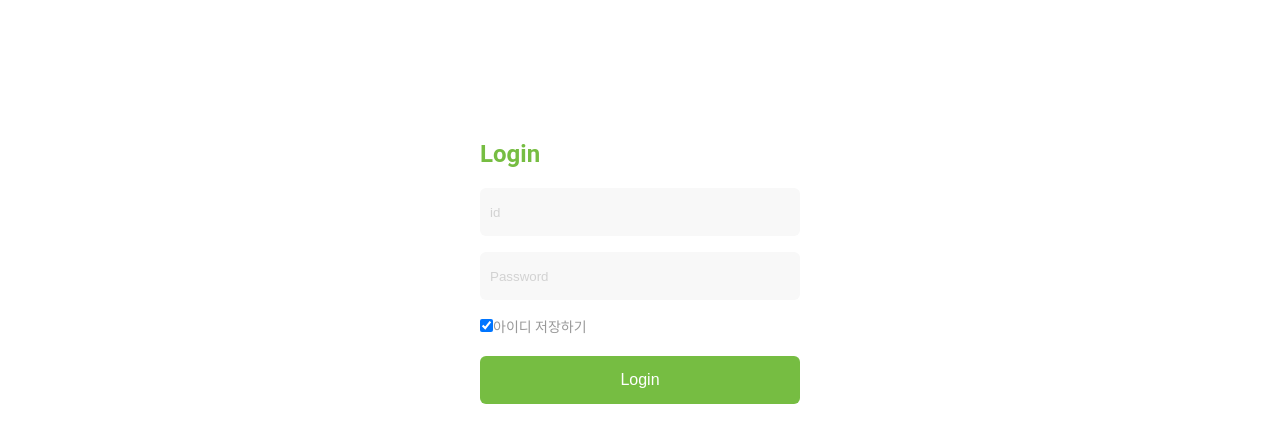
Repository: misosiruda/portfolio
Page: http://localhost/mallwithjsp/login/loginform.jsp
The author's editor kept a copy of each file at every save. The page is drawn from the files as they stood at one save, then again after the next save.
The browser window is 1280 px wide. The pictures show the whole page.
Some web libraries are served in a nearby version. The page is served by Tomcat 9. Other server files are loaded and not shown.

Above is the page before, as saved 2024-03-25 06:05:37.

### mallwithjsp/src/main/webapp/login/loginform.jsp
<%@ page language="java" contentType="text/html; charset=UTF-8"
	pageEncoding="UTF-8"%>
<%@ taglib prefix="c" uri="http://java.sun.com/jsp/jstl/core"%>
<!DOCTYPE html>
<html>

<head>
<meta charset="UTF-8">
<title>로그인 창</title>
<style>
* {
	padding: 0;
	margin: 0;
	border: none;
}

body {
	font-size: 14px;
	font-family: 'Roboto', sans-serif;
}

.login-wrapper {
	margin: 100px auto;
	width: 400px;
	height: 350px;
	padding: 40px;
	box-sizing: border-box;
}

.login-wrapper>h2 {
	font-size: 24px;
	color: #76bd42;
	margin-bottom: 20px;
}

#login-form>input {
	width: 100%;
	height: 48px;
	padding: 0 10px;
	box-sizing: border-box;
	margin-bottom: 16px;
	border-radius: 6px;
	background-color: #F8F8F8;
}

#login-form>input::placeholder {
	color: #D2D2D2;
}

#login-form>input[type="submit"] {
	color: #fff;
	font-size: 16px;
	background-color: #76bd42;
	margin-top: 20px;
}

#login-form>input[type="checkbox"] {
	display: none;
}

#login-form>label {
	color: #999999;
}

#login-form input[type="checkbox"]+label {
	cursor: pointer;
	padding-left: 26px;
	background-image: url("checkbox.png");
	background-repeat: no-repeat;
	background-size: contain;
}

#login-form input[type="checkbox"]:checked+label {
	background-image: url("checkbox-active.png");
	background-repeat: no-repeat;
	background-size: contain;
}
</style>
<script type="text/javascript"
	src="https://code.jquery.com/jquery-1.10.2.min.js"></script>
</head>

<body>
	<div class="login-wrapper">
		<h2>Login</h2>
		<form method="post"
			action="http://localhost:8080/mallwithjsp/manager.do?command=login_check"
			id="login-form" name="frm">
			<input type="hidden" name="check" value="${check}">
			<input type="text" name="userid" placeholder="id">
			<input type="password" name="userpass" placeholder="Password">
			<label for="remember-check">
			<input type="checkbox" id="remember-check">아이디 저장하기
			</label>
			<input type="submit" value="Login" onclick="return loginNullCheck()">
		</form>
	</div>
	<!-- 쿠키 이용한 아이디 저장 기능 스크립트 -->
	<script>
		$(document).ready(function() {
			var key = getCookie("idChk"); //user1
			if (key != "") {
				$("#userid").val(key);
			}

			if ($("#userid").val() != "") {
				$("#remember-check").attr("checked", true);
			}

			$("#remember-check").change(function() {
				if ($("#remember-check").is(":checked")) {
					setCookie("idChk", $("#userid").val(), 7);
				} else {
					deleteCookie("idChk");
				}
			});

			$("#userid").keyup(function() {
				if ($("#remember-check").is(":checked")) {
					setCookie("idChk", $("#userid").val(), 7);
				}
			});
		});
		function setCookie(cookieName, value, exdays) {
			var exdate = new Date();
			exdate.setDate(exdate.getDate() + exdays);
			var cookieValue = escape(value)
					+ ((exdays == null) ? "" : "; expires="
							+ exdate.toGMTString());
			document.cookie = cookieName + "=" + cookieValue;
		}

		function deleteCookie(cookieName) {
			var expireDate = new Date();
			expireDate.setDate(expireDate.getDate() - 1);
			document.cookie = cookieName + "= " + "; expires="
					+ expireDate.toGMTString();
		}

		function getCookie(cookieName) {
			cookieName = cookieName + '=';
			var cookieData = document.cookie;
			var start = cookieData.indexOf(cookieName);
			var cookieValue = '';
			if (start != -1) {
				start += cookieName.length;
				var end = cookieData.indexOf(';', start);
				if (end == -1)
					end = cookieData.length;
				cookieValue = cookieData.substring(start, end);
			}
			return unescape(cookieValue);
		}
	</script>
	<!-- 아이디 비번 체크 스크립트 -->
	<script>
		function loginNullCheck() {
			if (document.frm.userid.value.length === 0) {
				alert("아이디를 입력하세요.");
				return false;
			}
			if (document.frm.userpass.value.length === 0) {
				alert("비밀번호를 입력하세요.");
				return false;
			}
			return true;
		}
		//로드 될때 실행하는 코드
		if (document.frm.check.value == "wrong_userid") {
			alert("해당하는 아이디가 없습니다.");
		} else if (document.frm.check.value == "wrong_userpass") {
			alert("비밀번호가 틀렸습니다.");
		}
	</script>
</body>

</html>

After the next save:
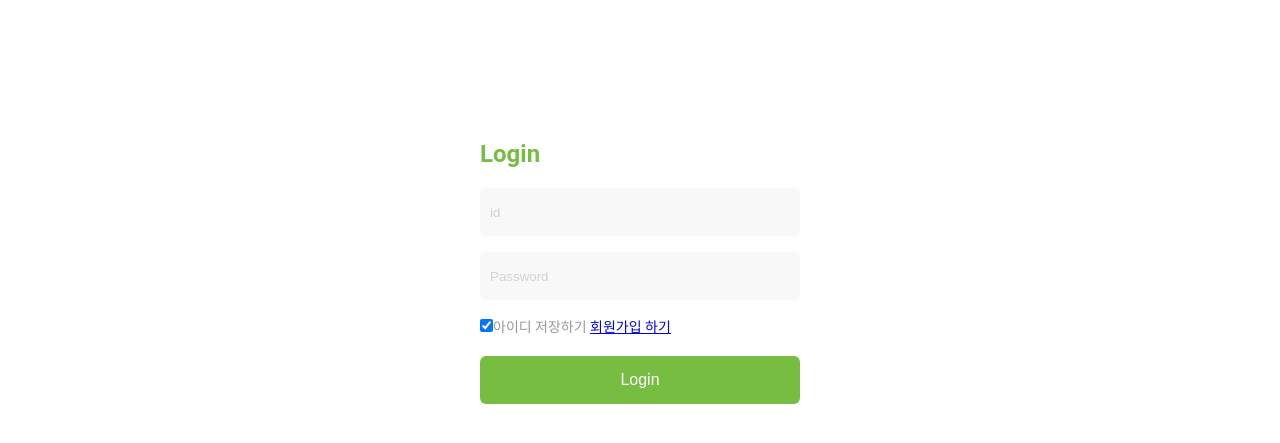
Saved 7 min 7 s later.
--- a/mallwithjsp/src/main/webapp/login/loginform.jsp
+++ b/mallwithjsp/src/main/webapp/login/loginform.jsp
@@ -92,6 +92,7 @@ body {
 			<label for="remember-check">
 			<input type="checkbox" id="remember-check">아이디 저장하기
 			</label>
+			<a href="http://localhost:8080/mallwithjsp/manager.do?command=sign_account">회원가입 하기</a>
 			<input type="submit" value="Login" onclick="return loginNullCheck()">
 		</form>
 	</div>
